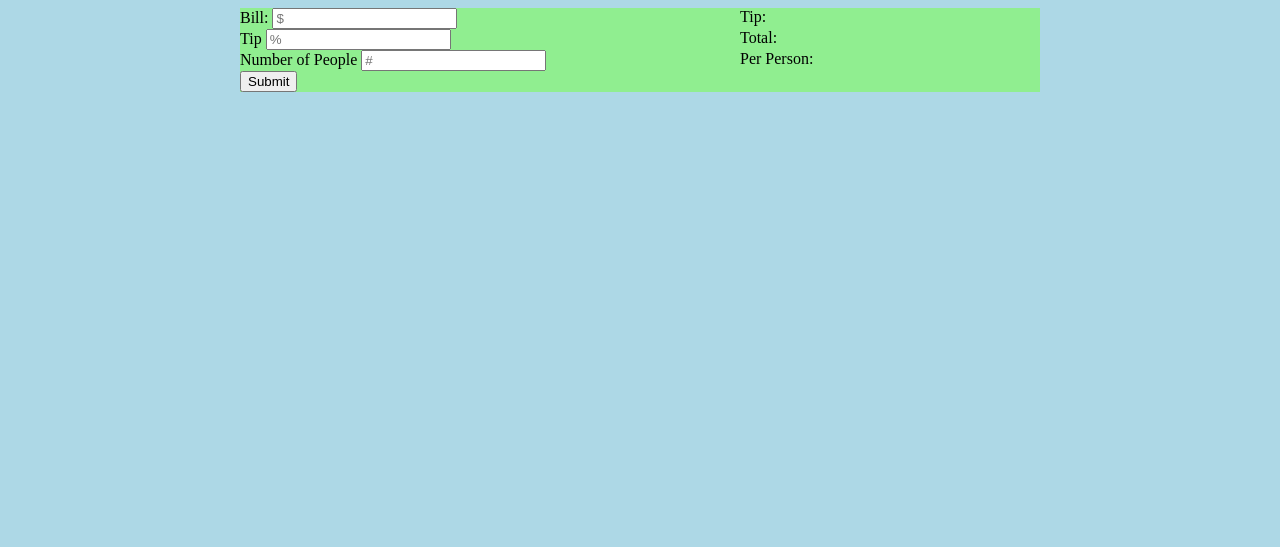
Repository: SamirIngley/Tip-Calculator
Page: tip_display.html
The author's editor kept a copy of each file at every save. The page is drawn from the files as they stood at one save, then again after the next save.
The browser window is 1280 px wide. The pictures show the whole page.

Above is the page before, as saved 2020-02-13 10:10:18.

After the next save:
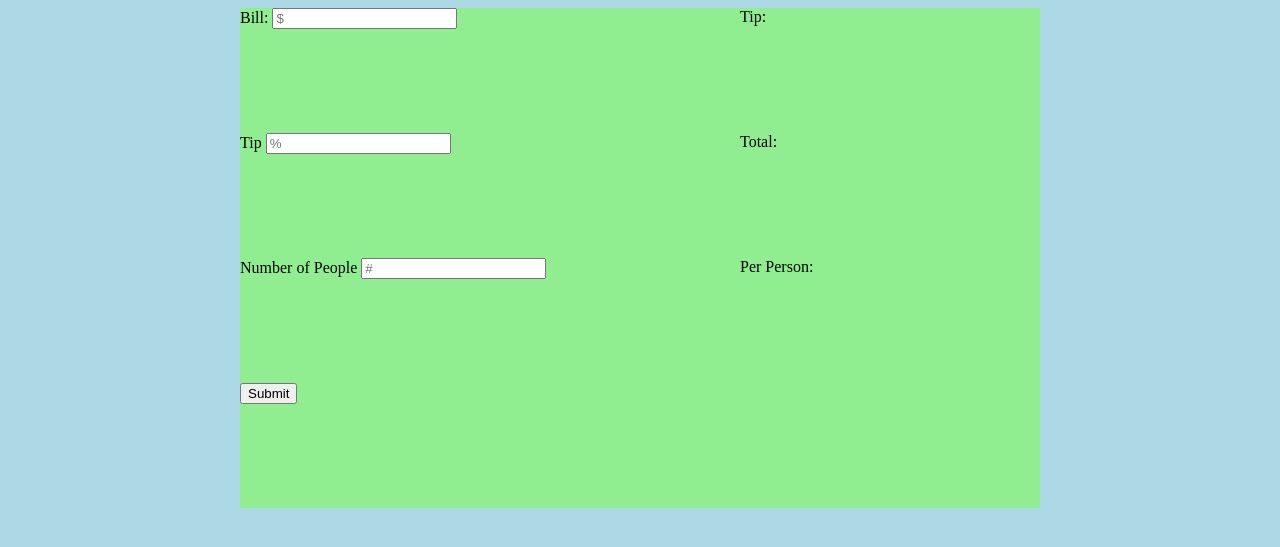
Saved 4 s later.
--- a/style.css
+++ b/style.css
@@ -12,7 +12,7 @@
     display: grid;
     grid-template-columns: 500px 300px;
     grid-template-rows: repeat(4, 1fr);
-    /* height: 500px; */
+    height: 500px;
     grid-template-areas: "b d"
                          "t y"
                          "n p"

After the save that followed:
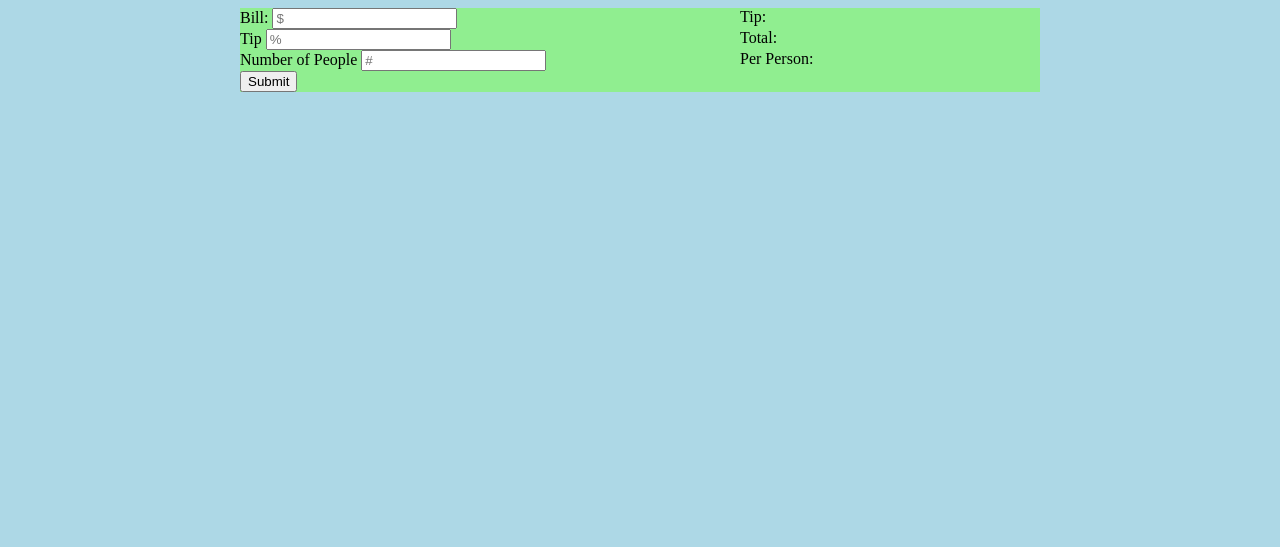
Saved 29 s later.
--- a/style.css
+++ b/style.css
@@ -12,7 +12,6 @@
     display: grid;
     grid-template-columns: 500px 300px;
     grid-template-rows: repeat(4, 1fr);
-    height: 500px;
     grid-template-areas: "b d"
                          "t y"
                          "n p"
@@ -29,6 +28,7 @@
     justify-content: center;
     align-items: center;
     text-align: center;
+    height: 500px;
     margin: 10px;
     padding: 50px;
 } */
